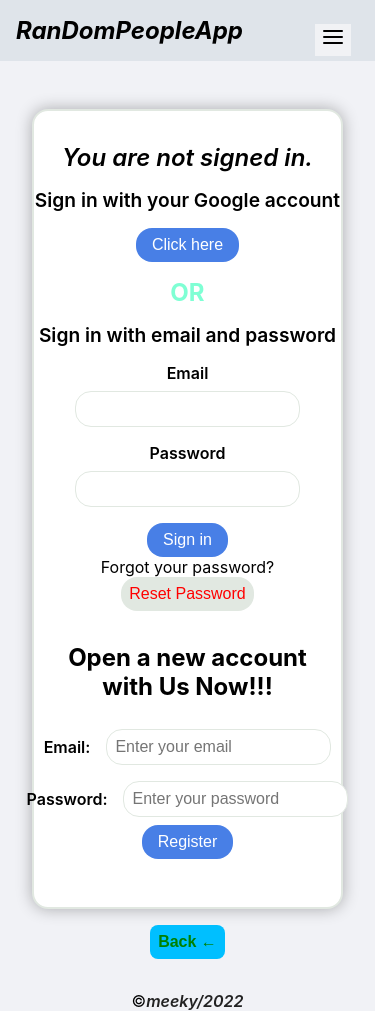
Repository: MikkyPrestige/RandomProfiles
Page: /profile
The author's editor kept a copy of each file at every save. The page is drawn from the files as they stood at one save, then again after the next save.
The browser window is 375 px wide. The pictures show the whole page.
The project was rebuilt for these pictures with package versions that can differ from the ones it lists, and the page was loaded fresh each time. Also part of the build but not shown: src/assets/styles/home.css, src/components/home.jsx, src/components/users.jsx, src/assets/styles/search.css, src/components/search.jsx, src/assets/styles/help.css, src/components/help.jsx, src/assets/styles/about.css and 8 more.

Above is the page before, as saved 2022-12-07 03:15:50.

### public/index.html
<!DOCTYPE html>
<html lang="en">

<head>
  <meta charset="utf-8" />
  <link rel="icon" href="%PUBLIC_URL%/favicon.ico" />
  <meta name="viewport" content="width=device-width, initial-scale=1" />
  <meta name="theme-color" content="#000000" />
  <meta name="description" content="Web site created using create-react-app" />
  <link rel="apple-touch-icon" href="%PUBLIC_URL%/logo192.png" />
  <!--
      manifest.json provides metadata used when your web app is installed on a
      user's mobile device or desktop. See https://developers.google.com/web/fundamentals/web-app-manifest/
    -->
  <link rel="manifest" href="%PUBLIC_URL%/manifest.json" />
  <!--
      Notice the use of %PUBLIC_URL% in the tags above.
      It will be replaced with the URL of the `public` folder during the build.
      Only files inside the `public` folder can be referenced from the HTML.

      Unlike "/favicon.ico" or "favicon.ico", "%PUBLIC_URL%/favicon.ico" will
      work correctly both with client-side routing and a non-root public URL.
      Learn how to configure a non-root public URL by running `npm run build`.
    -->
  <title>AltSchool Assignment 2</title>
</head>

<body>
  <noscript>You need to enable JavaScript to run this app.</noscript>
  <div id="root"></div>
  <!--
      This HTML file is a template.
      If you open it directly in the browser, you will see an empty page.

      You can add webfonts, meta tags, or analytics to this file.
      The build step will place the bundled scripts into the <body> tag.

      To begin the development, run `npm start` or `yarn start`.
      To create a production bundle, use `npm run build` or `yarn build`.
    -->
</body>

</html>

### src/index.css
body {
  margin: 0;
  font-family: -apple-system, BlinkMacSystemFont, 'Segoe UI', 'Roboto', 'Oxygen',
    'Ubuntu', 'Cantarell', 'Fira Sans', 'Droid Sans', 'Helvetica Neue',
    sans-serif;
  -webkit-font-smoothing: antialiased;
  -moz-osx-font-smoothing: grayscale;
  background-color: #f1f2f6;
}

code {
  font-family: source-code-pro, Menlo, Monaco, Consolas, 'Courier New',
    monospace;
}

### src/App.jsx
import * as React from "react";
import { ErrorBoundary } from "react-error-boundary";
import { Route, Routes } from "react-router-dom";
import {
  Layout,
  Home,
  Users,
  Search,
  Help,
  About,
  Error,
  ErrorFallBack,
  Profile,
  ProfileDisplay,
  Register,
  UpdatePassword,
  Footer,
} from "./components";

const App = () => {
  return (
    <div className="App">
      <main>
        <ErrorBoundary FallbackComponent={ErrorFallBack}>
          <Layout />
          <Routes>
            <Route path="/" element={<Home />} />
            <Route path="users">
              <Route index element={<Users />} />
              <Route path=":id" element={<Search />} />
            </Route>
            <Route path="profile" element={<Profile />} />
            <Route path="profileDisplay" element={<ProfileDisplay />} />
            <Route path="register" element={<Register />} />
            <Route path="update" element={<UpdatePassword />} />
            <Route path="help" element={<Help />} />
            <Route path="about" element={<About />} />
            <Route path="*" element={<Error />} />
          </Routes>
        </ErrorBoundary>
        <Footer />
      </main>
    </div>
  );
};

export default App;

### src/components/index.js
export {  Layout, Back } from "./layout";
export { default as Home } from "./home";
export { default as Users } from "./users";
export { default as Search } from "./search";
export { default as Help } from "./help";
export { default as About } from "./about";
export { default as Error } from "./error";
export { default as ErrorFallBack } from "./errorFallback";
export { default as Profile } from "./profile";
export { default as ProfileDisplay } from "./profileDisplay";
export { default as Register } from "./register";
export { default as UpdatePassword } from "./update";
export { Footer } from "./avatar";

### src/components/layout.jsx
// LAYOUT COMPONENT - This component is for the App Layout that displays the Navigation bar in the app UI to the user when app is open

import { useState } from "react";
import { NavLink } from "react-router-dom";
import "../assets/styles/layout.css";
import { MdClose } from "react-icons/md";
import { FiMenu } from "react-icons/fi";

const CustomNavLink = ({ to, ...props }) => {
  let activeStyle = {
    textDecoration: "underline",
    color: "red",
  };

  return (
    <NavLink
      style={({ isActive }) =>
        isActive ? activeStyle : { textDecoration: "none" }
      }
      to={to}
      end
      {...props}
    />
  );
};

const LayoutSmall = () => {
  const [nav, setNav] = useState(false);

  const toggleNav = () => {
    setNav(!nav);
  };

  const closeNav = () => {
    setNav(false);
  };

  return (
    <div className="layout small">
      <header className="layout__header">
        <div className="layout__header--text">
          <h1 className="layout__header--title">RanDomPeopleApp</h1>
        </div>
        <nav className="layout__nav">
          <button onClick={toggleNav} className="layout--btn">
            {nav ? (
              <MdClose className="layout__btn--icon" />
            ) : (
              <FiMenu className="layout__btn--icon" />
            )}
          </button>
          <div className={`menuNav ${nav ? " showMenu" : ""}`}>
            <CustomNavLink
              to="/"
              end
              className="nav__item"
              onClick={() => closeNav()}
            >
              Home
            </CustomNavLink>
            <CustomNavLink
              to="profile"
              className="nav__item"
              onClick={() => closeNav()}
            >
              Users
            </CustomNavLink>
            <CustomNavLink
              to="about"
              className="nav__item"
              onClick={() => closeNav()}
            >
              About
            </CustomNavLink>
            <CustomNavLink
              to="help"
              className="nav__item"
              onClick={() => closeNav()}
            >
              Features
            </CustomNavLink>
          </div>
        </nav>
      </header>
    </div>
  );
};

const LayoutLarge = () => {
  return (
    <div className="layout large">
      <header className="layout__header">
        <div className="layout__header--text">
          <h1 className="layout__header--title">RanDomPeopleApp</h1>
        </div>
        <nav className="layout__nav">
          <div className="nav__items--large">
            <CustomNavLink to="/" className="nav__item--large">
              Home
            </CustomNavLink>
            <CustomNavLink to="profile" className="nav__item--large">
              Users
            </CustomNavLink>
            <CustomNavLink to="about" className="nav__item--large">
              About
            </CustomNavLink>
            <CustomNavLink to="help" className="nav__item--large">
              Features
            </CustomNavLink>
          </div>
        </nav>
      </header>
    </div>
  );
};

const Layout = () => {
  return (
    <div>
      <LayoutSmall />
      <LayoutLarge />
    </div>
  );
};

//  Navigate back home button
const Back = () => {
  const [isHover, setIsHover] = useState(false);

  const handleMouseEnter = () => {
    setIsHover(true);
  };

  const handleMouseLeave = () => {
    setIsHover(false);
  };

  const style = {
    border: "none",
    borderRadius: ".5rem",
    padding: " .5rem",
    fontSize: "1rem",
    fontWeight: "600",
    cursor: "pointer",
    backgroundColor: isHover ? "lightblue" : "rgb(0, 191, 255)",
    color: isHover ? "#f00" : "green",
  };

  return (
    <NavLink to="/" className="back__button">
      <button
        style={style}
        onMouseEnter={handleMouseEnter}
        onMouseLeave={handleMouseLeave}
      >
        Back ←{" "}
      </button>
    </NavLink>
  );
};

export { Layout, Back };

### src/components/profile.jsx
import {
  signInWithRedirect,
  auth,
  provider,
  getRedirectResult,
  onAuthStateChanged,
  createUserWithEmailAndPassword,
  // RecaptchaVerifier,
  // signInWithPhoneNumber,
  signInWithEmailAndPassword,
  sendPasswordResetEmail,
} from "../config";
import { useEffect, useState } from "react";
import { useNavigate } from "react-router-dom";
import "../assets/styles/profile.css";
import { Back } from "./layout";

const Profile = () => {
  const [user, setUser] = useState(null);
  const [signedIn, setSignedIn] = useState(false);
  // sign in form state
  const [email, setEmail] = useState("");
  const [password, setPassword] = useState("");
  const [error, setError] = useState(null);
  // Register form state
  const [registerEmail, setRegisterEmail] = useState("");
  const [registerPassword, setRegisterPassword] = useState("");
  const [registerError, setRegisterError] = useState(null);

  const navigate = useNavigate();

  // handle register form
  const handleRegister = (e) => {
    e.preventDefault();
    createUserWithEmailAndPassword(auth, registerEmail, registerPassword)
      .then(() => {
        // Signed in
        console.log("User account created & signed in!");
      })
      .catch((registerError) => {
        if (registerError.code === "auth/email-already-in-use") {
          setRegisterError("This email address is already in use!");
        }
        if (registerError.code === "auth/invalid-email") {
          setRegisterError("This email address is invalid!");
        }
        if (registerError.code === "auth/weak-password") {
          setRegisterError("Password should be at least 6 characters");
        }
        console.error(registerError);
      });
  };

  // sign in with email and password
  const handleSignIn = (e) => {
    e.preventDefault();
    signInWithEmailAndPassword(auth, email, password)
      .then(() => {
        console.log("User signed in!");
      })
      .catch((error) => {
        if (error.code === "auth/wrong-password") {
          setError("Wrong password!");
        }
        if (error.code === "auth/user-not-found") {
          setError("User not found!");
        }
        console.error(error);
      });
  };

  // handle sign In
  const signIn = (e) => {
    e.preventDefault();
    signInWithRedirect(auth, provider);
  };

  // Send a password reset email
  const handlePasswordReset = (e) => {
    e.preventDefault();
    sendPasswordResetEmail(auth, email)
      .then(() => {
        // console.log("Password reset email sent!");
        alert("Password reset email sent!");
      })
      .catch((error) => {
        const errorCode = error.code;
        const errorMessage = error.message;
        // console.error(errorMessage, errorCode);
        alert(errorMessage, errorCode);
      });
  };

  // Get redirect result
  useEffect(() => {
    getRedirectResult(auth)
      .then((result) => {
        if (result) {
          setSignedIn(true);
        } else {
          console.log("No user");
        }
      })
      .catch((error) => {
        console.log(error);
      });
  }, [navigate]);

  // Check auth state
  useEffect(() => {
    onAuthStateChanged(auth, (user) => {
      if (user) {
        navigate("/users");
      } else {
        setUser(null);
      }
    });
  }, [navigate]);

  return (
    <div className="profile">
      <div className="profile__container">
        <div className="profile__desc">
          <div className="profile__user">
            <div className="sign__wrapper">
              <h1 className="profile__title">You are not signed in.</h1>
              <h2 className="sign__heading">
                Sign in with your Google account
              </h2>
              <button onClick={signIn} className="sign__btn">
                Click here
              </button>
              <p className="or">OR</p>
              <h2 className="sign__heading">Sign in with email and password</h2>
              <form onSubmit={handleSignIn} className="sign__form">
                <label htmlFor="email" className="sign__label">
                  Email
                </label>
                <input
                  type="email"
                  name="email"
                  id="email"
                  value={email}
                  onChange={(e) => setEmail(e.target.value)}
                  className="sign__input"
                />
                <label htmlFor="password" className="sign__label">
                  Password
                </label>
                <input
                  type="password"
                  name="password"
                  id="password"
                  value={password}
                  onChange={(e) => setPassword(e.target.value)}
                  className="sign__input"
                />
                {error && <p className="error">{error}</p>}
                <button type="submit" className="sign__btn">
                  Sign in
                </button>
              </form>
              <div>
                <span>Forgot your password? </span>
                <button onClick={handlePasswordReset} className="btn">
                  Reset Password
                </button>
              </div>
            </div>
            <div className="register__container">
              <h2 className="register__title">
                Open a new account with Us Now!!!
              </h2>
              <form onSubmit={handleRegister} className="register__form">
                <div className="register__group">
                  <label htmlFor="email" className="register__label">
                    Email:
                  </label>
                  <input
                    type="email"
                    name="email"
                    value={registerEmail}
                    placeholder="Enter your email"
                    onChange={(e) => setRegisterEmail(e.target.value)}
                    className="register__input"
                  />
                </div>
                <div className="register__group">
                  <label htmlFor="password" className="register__label">
                    Password:
                  </label>
                  <input
                    type="password"
                    name="password"
                    placeholder="Enter your password"
                    value={registerPassword}
                    onChange={(e) => setRegisterPassword(e.target.value)}
                    className="register__input"
                  />
                </div>
                {registerError && <p className="error">{registerError}</p>}
                <button type="submit" className="sign__btn">
                  Register
                </button>
              </form>
            </div>
          </div>
        </div>
        <Back />
      </div>
    </div>
  );
};

export default Profile;

### src/components/avatar.jsx
// AVATAR COMPONENT - This component is for the Images used in the app.

import "../assets/styles/layout.css";

export const Avatar = ({ image = "", alt = "", style = {} }) => {
  return (
    <div className="avatar">
      <img src={image} alt={alt} style={style} />
    </div>
  );
};

// FOOTER COMPONENT - for the attribution

export const Footer = () => {
  return (
    <div className="attribution">
      <footer>
        &copy;
        <a
          href="https://github.com/MeekyBerry"
          target="_blank"
          rel="noreferrer"
          className="footer"
        >
          meeky/2022
        </a>
      </footer>
    </div>
  );
};

### src/assets/styles/layout.css
.layout {
  background-color: #dfe4ea;
  width: 100%;
}

.layout__nav {
  display: flex;
  align-items: center;
  justify-content: space-between;
  position: relative;
  padding-right: 2rem;
}

.layout__header {
  display: flex;
  justify-content: space-between;
  align-items: center;
}

.layout__header--title {
  font-style: oblique;
  padding-left: 2rem;
}

.layout--btn {
  position: fixed;
  top: 1.5rem;
  right: 1.5rem;
  z-index: 10;
  background-color: #f1f2f5;
  border: none;
  font-size: 1.5rem;
  cursor: pointer;
}

.menuNav {
  position: fixed;
  top: 6rem;
  right: 0;
  width: 0;
  max-width: 10rem;
  height: 100%;
  background-color: #f1f2f5;
  z-index: 5;
  overflow: hidden;
}

.menuNav.showMenu {
  width: 100%;
  transition: all 2s ease-in;
  -webkit-transition: all 2s ease-in;
  -moz-transition: all 2s ease-in;
  -ms-transition: all 2s ease-in;
  -o-transition: all 2s ease-in;
}

.nav__items {
  display: flex;
  align-items: center;
  list-style: none;
}

.nav__item {
  font-size: 1.2rem;
  padding: 1rem;
  text-transform: uppercase;
  display: block;
  text-align: center;
  text-transform: uppercase;
  color: #0046dc;
}

.nav__item:hover {
  color: #7dd5c6;
}

.nav__items--large {
  display: flex;
  gap: 2rem;
}

.nav__item--large {
  text-transform: uppercase;
  font-size: 1.1rem;
  font-weight: 700;
  letter-spacing: .2rem;
  color: #0046dc;
}

.attribution {
  text-align: center;
}

.footer {
  color: #222;
  text-decoration: none;
  cursor: pointer;
  font-style: italic;
  font-weight: 600;
}

/* MEDIA QUERY TO HIDE THE NAVIGATION BAR HAMBURGER ON LARGE SCREENS */
@media screen and (max-width: 500px) {
  .layout__header--title {
    font-size: 1.5rem;
    padding-left: 1rem;
  }

  .layout__nav {
    padding-right: 1rem;
  }

  .nav__item {
    font-size: 1rem;
  }
}

@media screen and (min-width: 768px) {
  .small {
    display: none;
  }

  .large {
    display: block;
  }
}

@media screen and (max-width: 768px) {
  .small {
    display: block;
  }

  .large {
    display: none;
  }
}

@media screen and (max-width: 900px) {
  .nav__item--large {
    font-size: 1rem;
    margin-right: -.5rem;
  }

}

### src/assets/styles/users.css
.users {
  background-color: #fff;
  border: 1px solid #ccc;
  border-radius: 0.5rem;
  padding: 1rem;
  margin: 1rem;
}

.users__container {
  display: flex;
  flex-direction: column;
  justify-content: center;
  align-items: center;
}

.users__heading {
  text-align: center;
  text-transform: uppercase;
  font-size: 1.5rem;
  font-weight: bold;
  margin-bottom: 1rem;
}

.users__list {
  list-style: none;
  padding: 2rem;
  margin: 1rem auto;
  width: 85%;
  display: grid;
  grid-template-columns: repeat(3, minmax(200px, 1fr));
  grid-gap: 3rem;
}

.user__items {
  border-bottom: 1px solid #ccc;
}

.user__item {
  background-color: #fff;
  border: 1px solid #ccc;
  border-radius: 0.5rem;
  padding: 1rem;
}

.user__img {
  width: 80%;
  border-radius: 10%;
  margin-left: 1rem;
}

/* BUTTON BELOW */
.btn__container {
  display: flex;
  justify-content: center;
  align-items: center;
}

.active:hover {
  background-color: #ced6e0;
  color: #1e90ff;
}

.active:active {
  background-color: #70a1ff;
  color: #ced6e0;
}

.btn__array {
  padding: 0.5rem;
  margin: 0.5rem;
  font-size: 1rem;
  border-radius: 0.5rem;
  border: none;
  cursor: pointer;
}

.search__box {
  display: flex;
  justify-content: center;
  align-items: center;
}

.search__link {
  background-color: #fff;
  border: 1px solid #ccc;
  color: #1e90ff;
  border-radius: 1rem;
  width: 18rem;
  padding: 0.5rem;
  margin: 1rem;
  font-size: 1rem;
  font-weight: bold;
  cursor: pointer;
  text-align: center;
  text-decoration: none;
  animation: search 1s ease-in-out infinite;
}

.search__link:hover {
  background-color: #1e90ff;
  color: #fff;
  animation: none;
}

.search__link:active {
  background-color: #70a1ff;
  color: #fff;
  animation: none;
}

@keyframes search {
  0% {
    transform: scale(1);
  }

  50% {
    transform: scale(1.2);
  }

  100% {
    transform: scale(1);
  }
}

### src/config/index.js
// Import the functions you need from the SDKs you need
import { initializeApp } from "firebase/app";
import {
  getAuth,
  signInWithRedirect,
  GoogleAuthProvider,
  getRedirectResult,
  onAuthStateChanged,
  createUserWithEmailAndPassword,
  RecaptchaVerifier,
  signInWithPhoneNumber,
  signInWithEmailAndPassword,
  sendPasswordResetEmail,
  updatePassword,
  signOut,
  deleteUser,
} from "firebase/auth";

// web app's Firebase configuration
const firebaseConfig = {
  apiKey: "AIzaSyCfrfw6chi091bWLqJvanxAUTxgJ5XqEu0",
  authDomain: "random-people-app.firebaseapp.com",
  projectId: "random-people-app",
  storageBucket: "random-people-app.appspot.com",
  messagingSenderId: "1097586453252",
  appId: "1:1097586453252:web:4575afe7663a752ae77e51",
};

// Initialize Firebase
const app = initializeApp(firebaseConfig);
// Setup Google auth provider
const provider = new GoogleAuthProvider();

const auth = getAuth();

export {
  app,
  provider,
  auth,
  signInWithRedirect,
  getRedirectResult,
  onAuthStateChanged,
  createUserWithEmailAndPassword,
  RecaptchaVerifier,
  signInWithPhoneNumber,
  signInWithEmailAndPassword,
  sendPasswordResetEmail,
  updatePassword,
  signOut,
  deleteUser,
};

### src/assets/styles/profile.css
.profile {
  padding: 2rem;
  height: 100%;
}

.or {
  font-size: 1.5rem;
  color: #7fffd4;
  font-weight: bold;
  margin: 1rem 0;
}

.profile__container {
  display: flex;
  flex-direction: column;
  align-items: center;
  justify-content: center;
}

.profile__desc {
  text-align: center;
  max-width: 500px;
  width: 100%;
  margin: 1rem;
}

.profile__user {
  background-color: #fff;
  border: 2px solid #e1e8e1;
  border-radius: 1rem;
  box-shadow: 0 0 1rem rgba(0, 0, 0, 0.3);
  padding: 1rem 0;
}

.profile__title {
  font-size: 2rem;
  font-weight: 600;
  font-style: oblique;
}

.profile__paragraph {
  margin: 2rem 0;
}

.profile__detail {
  font-size: 1.2rem;
  font-weight: 400;
}

.profile__link {
  font-size: 1.2rem;
  font-weight: 600;
  background-color: #0651dd;
  color: #f1f2f6;
  padding: 0.4rem;
  border-radius: 0.5rem;
  text-decoration: none;
}

.profile__link:hover {
  background-color: #1550bd;
  color: #fff;
  text-decoration: underline;
}

.profile__buttons {
  display: flex;
  flex-direction: column;
  align-items: center;
  gap: .5rem;
}

.btn__wrapper {
  display: flex;
  justify-content: center;
  align-items: center;
  gap: 5rem;
  margin-top: .5rem;
}

.btn__link {
  font-size: 1.3rem;
  font-weight: 600;
  color: green;
  text-decoration: none;
}

.btn__link:hover {
  text-decoration: underline;
}

.btn {
  background-color: #e1e8e1;
  color: red;
  border: none;
  border-radius: 1rem;
  padding: .5rem;
  font-size: 1rem;
  cursor: pointer;
}

.btn:hover {
  background-color: #d1d8d1;
  color: #0651ddbb;
}

.btn:active {
  background-color: #c1c8c1;
  color: #0651ddbb;
}

.sign__btn {
  background-color: #0651ddbb;
  color: #fff;
  border: none;
  border-radius: 1rem;
  padding: .5rem 1rem;
  font-size: 1rem;
  cursor: pointer;
}

.sign__btn:hover {
  background-color: #0651dd;
  color: #fff;
}

.sign__btn:active {
  background-color: #0651dd;
  color: #fff;
}

.sign__heading {
  font-size: 1.2rem;
  font-weight: 600;
  text-align: center;
  margin-bottom: 1rem;
}

.sign__form {
  display: flex;
  flex-direction: column;
  justify-content: center;
  align-items: center;
}

.sign__label {
  font-size: 1rem;
  font-weight: 600;
  margin-bottom: .5rem;
}

.sign__input {
  border: 1px solid #e1e8e1;
  border-radius: 1rem;
  padding: .5rem;
  font-size: 1rem;
  margin-bottom: 1rem;
}

.sign__input:focus {
  outline: none;
}

.register {
  padding: 2rem;
  height: 100%;
}

.register__container {
  margin: 2rem;
  text-align: center;
}

.register__title {
  font-size: 1.5rem;
  font-weight: 700;
  text-align: center;
}

.register__phone {
  font-size: 1.2rem;
  font-weight: 600;
  text-align: center;
  margin-top: 1rem;
}

.register__form {
  display: flex;
  flex-direction: column;
  justify-content: center;
  align-items: center;
  margin: 1rem;
}

.register__form--title {
  font-size: 1.2rem;
  font-weight: 600;
}

.register__group {
  display: flex;
  justify-content: center;
  align-items: center;
  gap: 1rem;
  margin: .5rem;
}

.register__label {
  font-size: 1rem;
  font-weight: 600;
}

.register__input {
  border: 1px solid #e1e8e1;
  border-radius: 1rem;
  padding: .5rem;
  font-size: 1rem;
}

.register__input:focus {
  outline: none;
}

.error {
  color: red;
  font-size: 1rem;
  font-weight: 600;
  margin-top: -.5rem;
}

@media screen and (max-width: 600px) {
  .profile__desc {
    max-width: 100%;
  }

  .profile__title {
    font-size: 1.5rem;
  }

  .profile__detail {
    display: flex;
    flex-direction: column;
    align-items: center;
    justify-content: center;
  }

}

Loaded but not shown: src/index.js (common file)

After the next save:
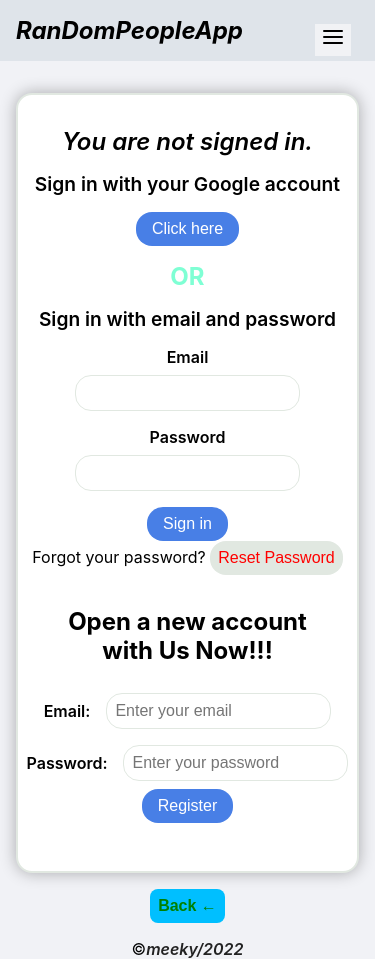
Saved 55 s later.
--- a/src/assets/styles/profile.css
+++ b/src/assets/styles/profile.css
@@ -229,8 +229,8 @@
 }
 
 @media screen and (max-width: 600px) {
-  .profile__desc {
-    max-width: 100%;
+  .profile {
+    padding: 1rem;
   }
 
   .profile__title {
